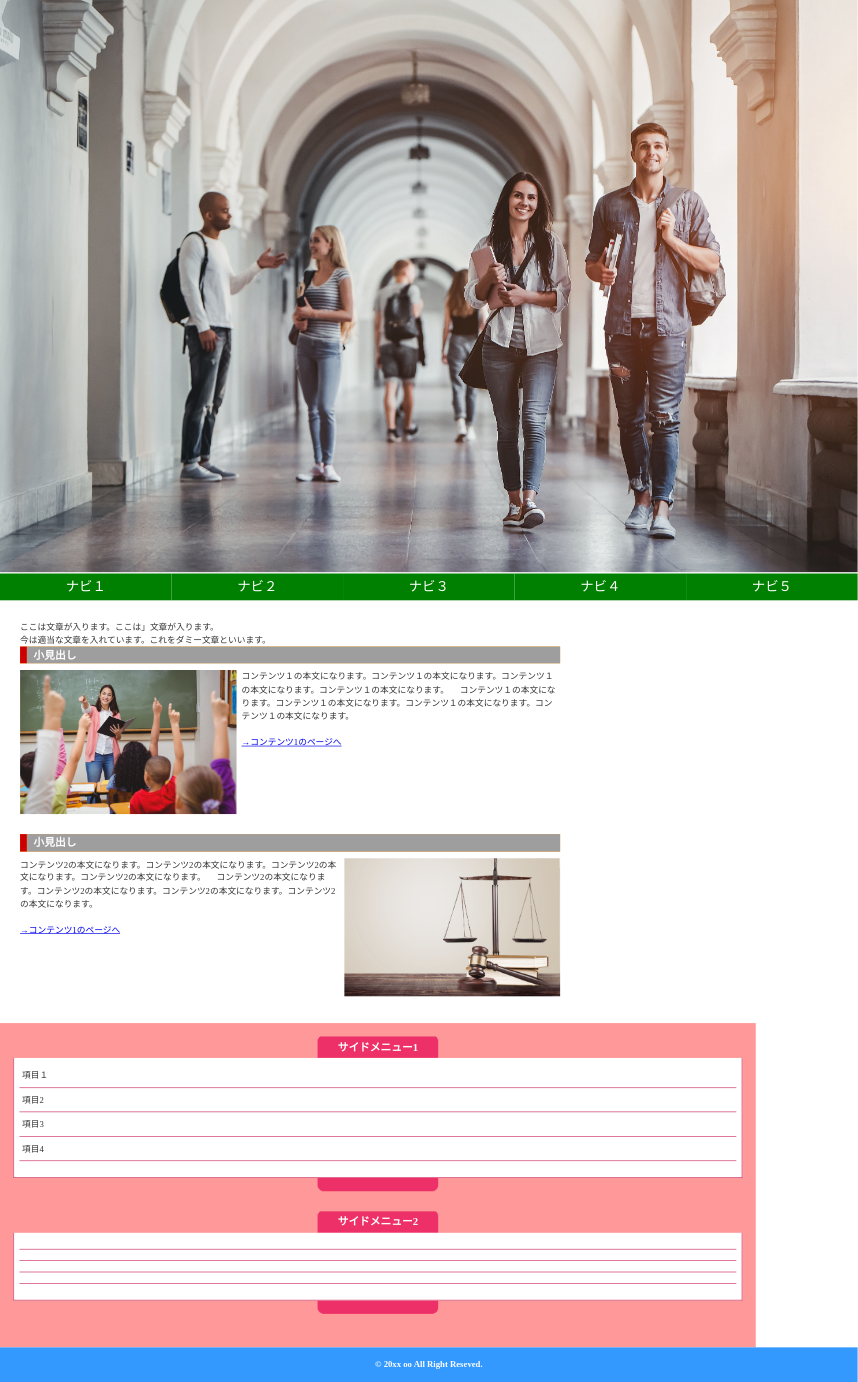
Repository: nekonoko114/samurai_HTML-CSS
Page: home.html
The author's editor kept a record of every edit. The page is drawn from the files as they stood at one moment, then again after the next edit.
The browser window is 1280 px wide. The pictures show the whole page, at 67% of full size.
Pictures or frames that could not be fetched are drawn as grey boxes.

Above is the page before.

After the next edit:
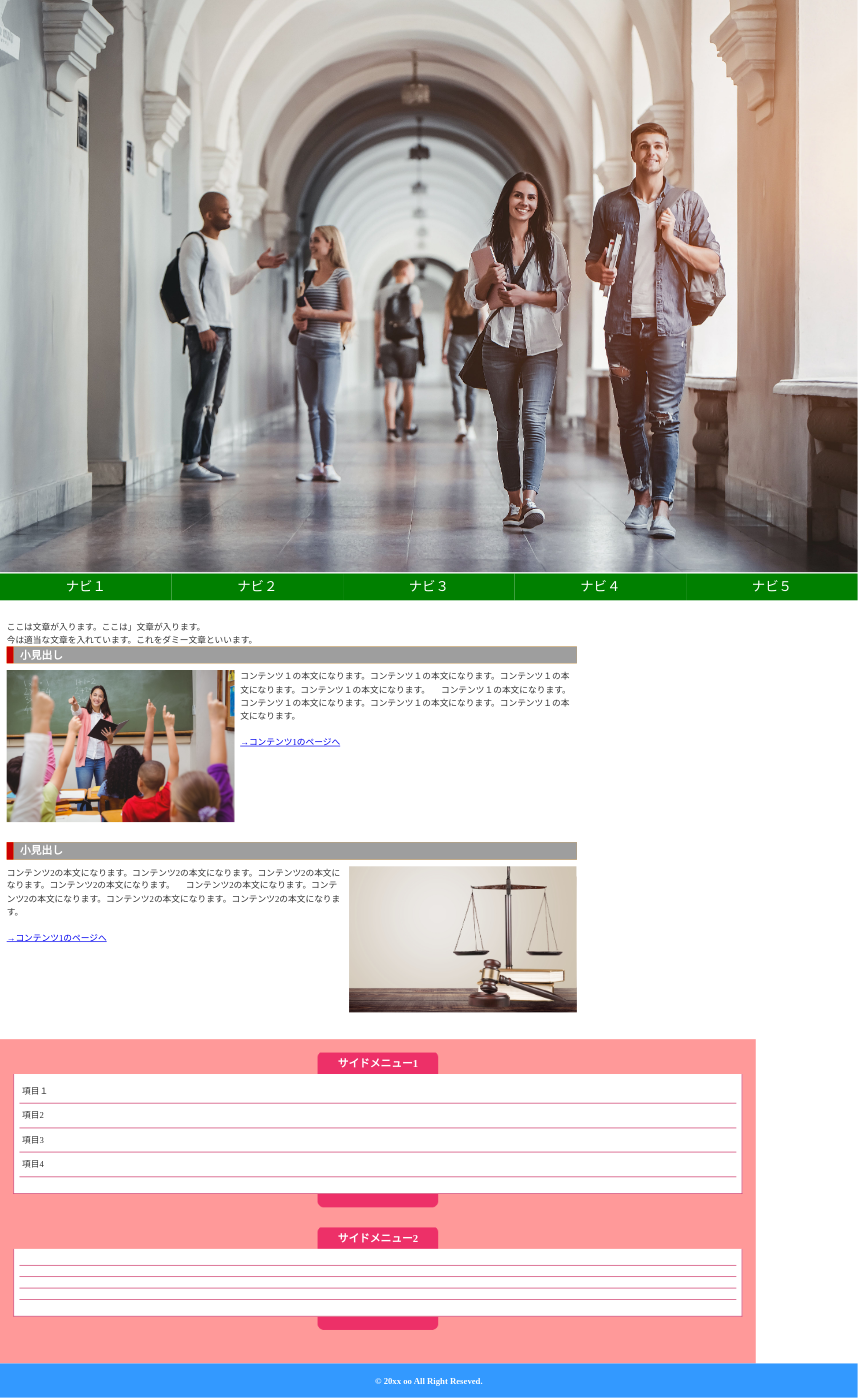
The edit:
--- a/stylesheet.css
+++ b/stylesheet.css
@@ -93,8 +93,8 @@
 /*----------------main---------------------*/
 #main {
     /*float: left;*/
-    width: 90%;
-    padding : 10px 30px 10px 30px;
+    width: 95%;
+    padding : 10px 30px 10px 10px;
 }
 
 #main h2 {
